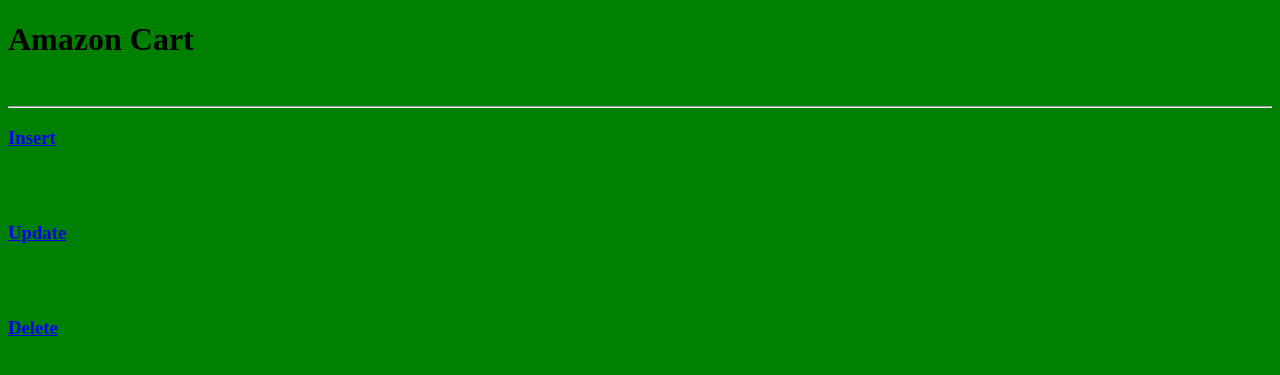
Repository: TanujaAmbre/Amazon
Page: Amazon/src/main/webapp/Cart.html
The author's editor kept a copy of each file at every save. The page is drawn from the files as they stood at one save, then again after the next save.
The browser window is 1280 px wide. The pictures show the whole page.

Above is the page before, as saved 2024-06-28 21:00:48.

After the next save:
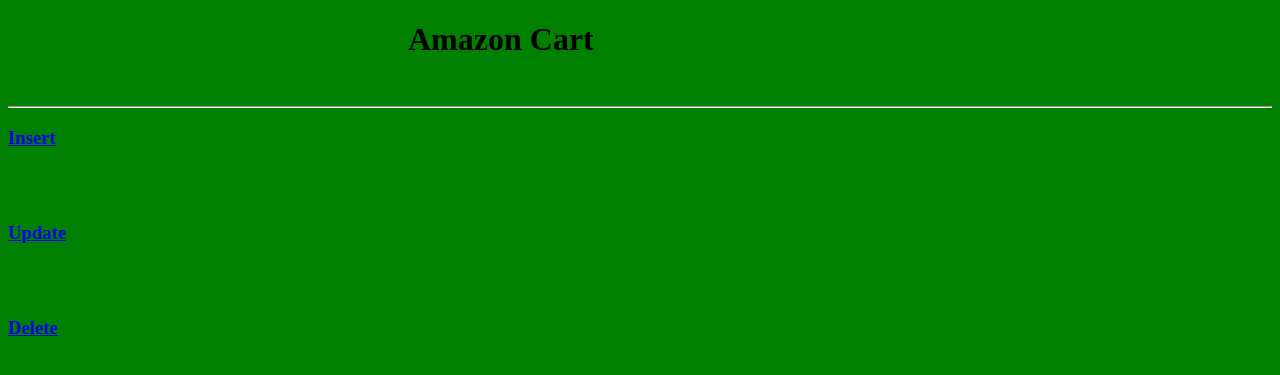
Saved 32 s later.
--- a/Amazon/src/main/webapp/Cart.html
+++ b/Amazon/src/main/webapp/Cart.html
@@ -6,6 +6,9 @@
 <style>
 	body{
 		background-color: green;
+	}
+	h1{
+		margin-left: 400px;
 	}
 </style>
 </head>
